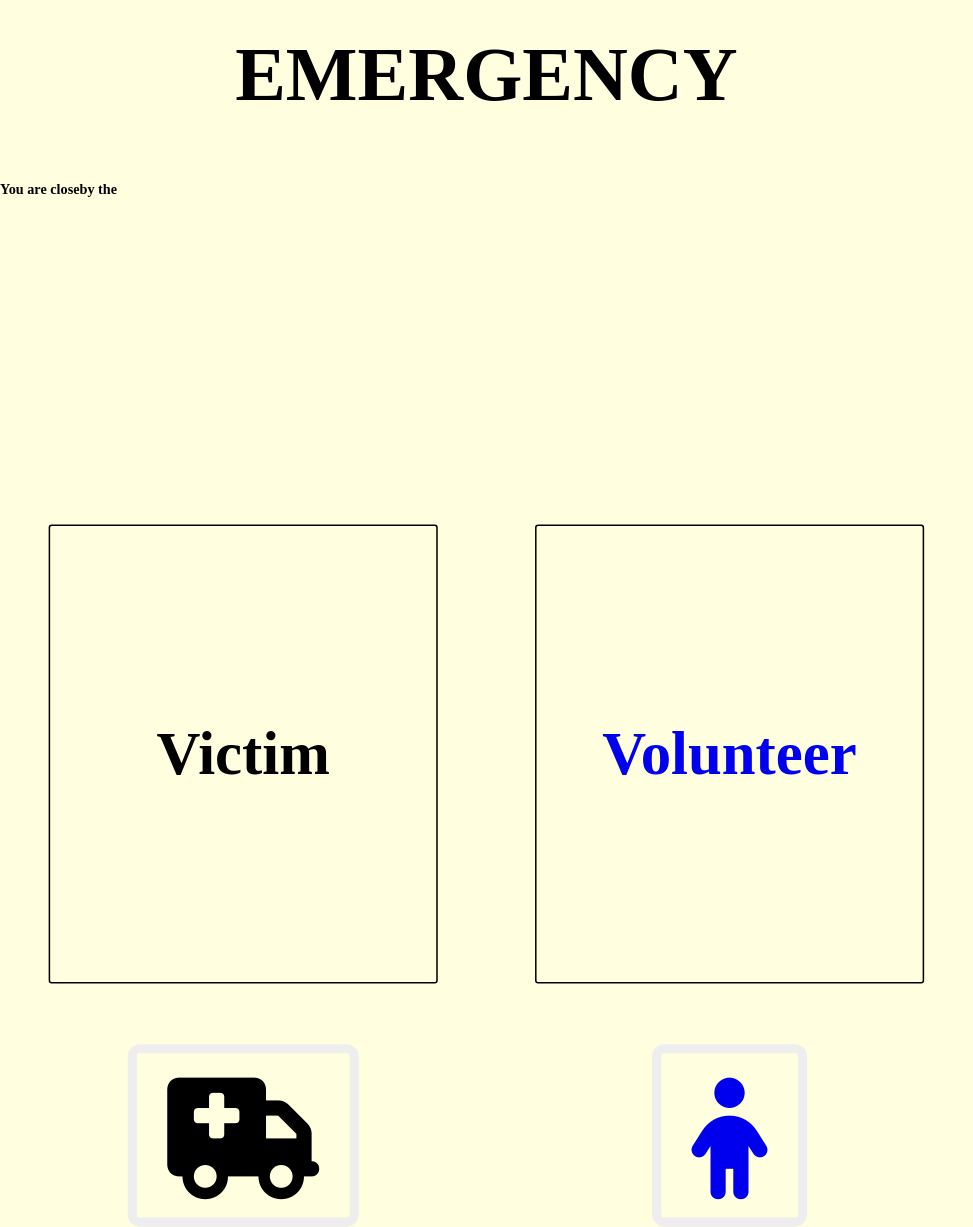
Repository: KittichoteKamalapirat/EMS-management-system
Page: index.html
The author's editor kept a record of every edit. The page is drawn from the files as they stood at one moment, then again after the next edit.
The browser window is 1280 px wide. The pictures show the whole page, at 76% of full size.
Some web libraries are served in a nearby version.

Above is the page before.
Console error: ReferenceError: $ is not defined

After the next edit:
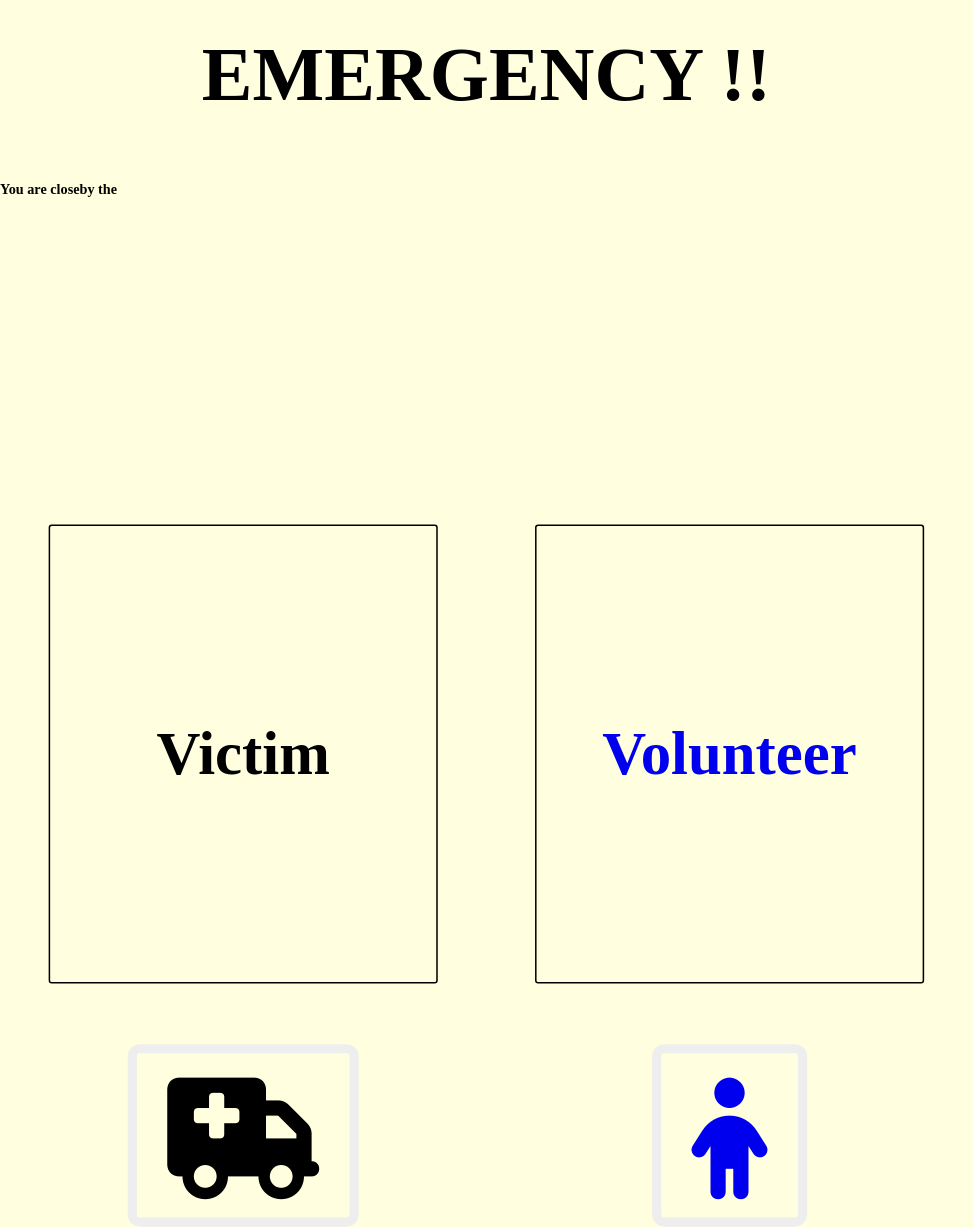
The edit:
--- a/index.html
+++ b/index.html
@@ -14,7 +14,7 @@
 
 <body>
     <header class = "head-list">
-        <h2 class = "head-tag">EMERGENCY</h2>
+        <h2 class = "head-tag">EMERGENCY !!</h2>
 
         <h3 class = "head-tag">You are closeby the </h3>
     </header>
